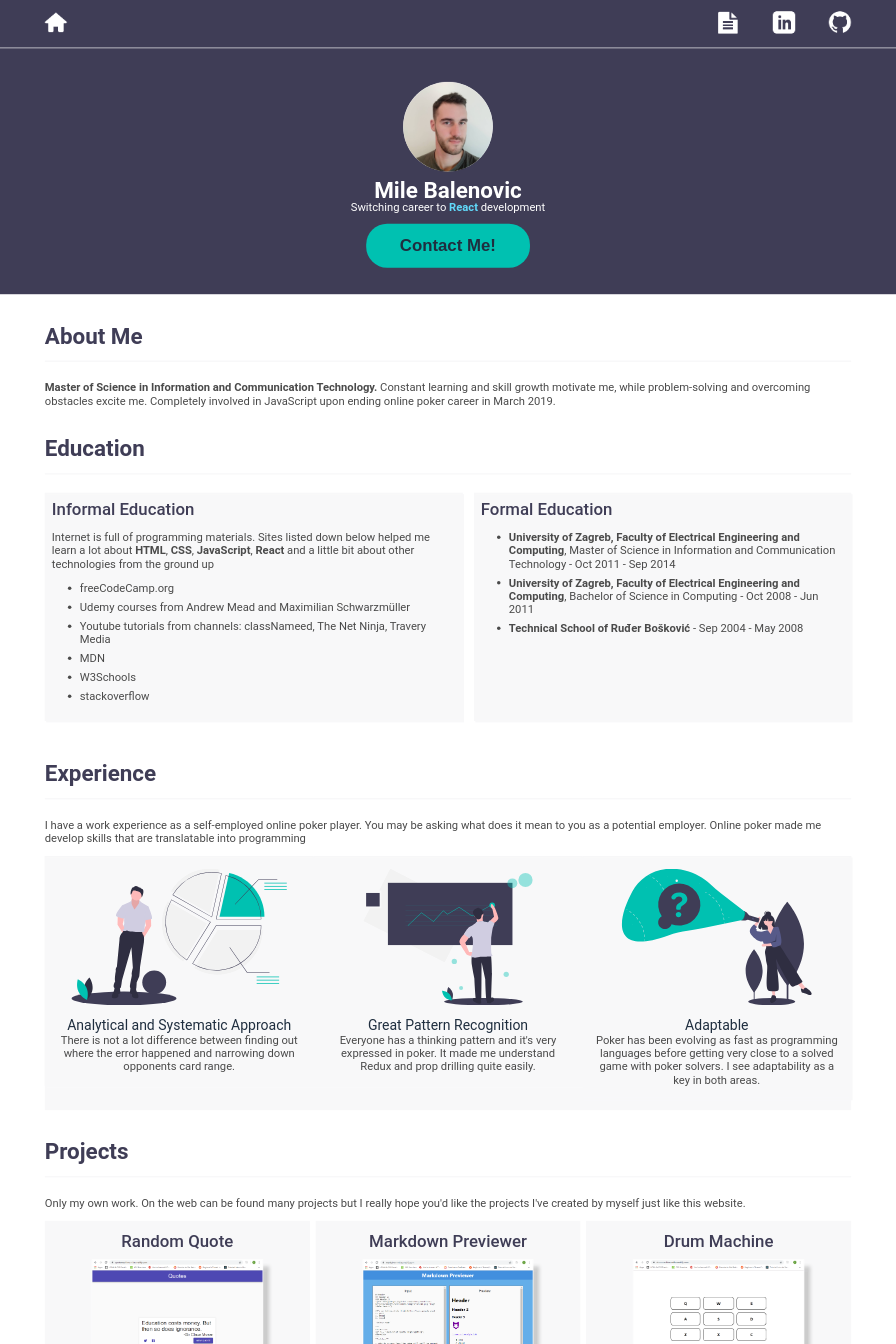
Repository: milac0/my-website
Page: /
An editor plug-in stored every save of this project. The page is shown before and after the next save, followed by the edit.
The browser window is 1280 px wide. The pictures show the part of the page from y = 0 to 1920 px (the page is 2849 px tall), at 70% of full size.
The pointer rests on the first visible `.button-cta`.
The project was rebuilt for these pictures with package versions that can differ from the ones it lists, and the page was loaded fresh each time. Also part of the build but not shown: src/components/formContact.module.css, src/components/FormContact.js, src/pages/contact.module.css, src/pages/Contact.js. Imported but missing from the stored project, and not drawn on this page: src/resume.pdf.

Above is the page before, as saved 2019-10-31 12:57:04.

### public/index.html
<!DOCTYPE html>
<html lang="en">
  <head>
    <meta charset="utf-8" />
    <link rel="icon" href="%PUBLIC_URL%/favicon.ico" />
    <meta name="viewport" content="width=device-width, initial-scale=1" />
    <meta name="theme-color" content="#000000" />
    <meta
      name="description"
      content="Web site created using create-react-app"
    />
    <!--
      manifest.json provides metadata used when your web app is installed on a
      user's mobile device or desktop. See https://developers.google.com/web/fundamentals/web-app-manifest/
    -->
    <link rel="manifest" href="%PUBLIC_URL%/manifest.json" />
    <!--
      Notice the use of %PUBLIC_URL% in the tags above.
      It will be replaced with the URL of the `public` folder during the build.
      Only files inside the `public` folder can be referenced from the HTML.

      Unlike "/favicon.ico" or "favicon.ico", "%PUBLIC_URL%/favicon.ico" will
      work correctly both with client-side routing and a non-root public URL.
      Learn how to configure a non-root public URL by running `npm run build`.
    -->
    <title>Mile Balenovic</title>
  </head>
  <body>
    <noscript>You need to enable JavaScript to run this app.</noscript>
    <div id="root"></div>
    <!--
      This HTML file is a template.
      If you open it directly in the browser, you will see an empty page.

      You can add webfonts, meta tags, or analytics to this file.
      The build step will place the bundled scripts into the <body> tag.

      To begin the development, run `npm start` or `yarn start`.
      To create a production bundle, use `npm run build` or `yarn build`.
    -->
  </body>
</html>

### src/index.css
html, body {
  height: 100%;
}

body {
  margin: 0;
  font-family: 'Roboto', sans-serif;
  -webkit-font-smoothing: antialiased;
  -moz-osx-font-smoothing: grayscale;
}

/*****
  Navbar & Hero
*****/

header,
.hero {
  background:#3F3D56;
  border-bottom: 0.1px solid #ffffff;
  text-align: center;
}

.hero {
  margin-bottom: 2em;
}

.container {
  width: 90%;
  max-width: 1200px;
  margin: 0 auto;
}

nav li {
  list-style: none;
  max-width: 400px;
  margin: 0 auto;
  display: flex;
  justify-content: space-evenly;
  align-items: center;
}

.nav-item:hover {
  filter: invert(0.1);
}
nav ul {
  padding: 0;
}

.hero {
  margin-bottom: 2.5em;
}

.hero-profile {
  padding: 3em 0;
}

.hero-profile-image {
  width: 128px;
  height: 128px;
  background-color: #F8F8F9;
  margin: 0 auto;
  margin-bottom: 0.5em;
  border-radius: 50%;
}

.hero-profile-title,
.hero-profile-subtitle {
  color: #ffffff;
}

.hero-profile h1 {
  margin: 0;
  font-size: 2rem;
}

.hero-profile p {
  font-size: 1rem;
  margin: 0;
  margin-top: -0.25rem;
  margin-bottom: 1.5em;
}

.hero-profile-subtitle strong {
  font-weight: 700;
  color: #61dafb;
}

.button-cta,
.button-home {
  background: #00AEA0;
  color: #1f2e3f;
  padding: 0.75em 2em;
  border: none;
  border-radius: 20px;
  font-size: 1rem;
  font-weight: 700;
  text-decoration: none;
}

.button-cta:hover,
.button-cta:focus {
  background: #00C1B1;
  color: #1f2e3f;
  cursor: pointer;
  transform: scale(1.5);
}

.button-home {
  background: #ffffff;
  border: 2px solid #1f2e3f;
  padding: 0.3em 1em;
}

.button-home:hover,
.button-home:focus {
  border: 2px solid #ffffff;
 filter: invert(0.1);
}

/*****
  Typography
*****/

h1 {
  color: #3F3D56;
}

h2 {
  color: #3F3D56;
  font-size: 1.5rem;
  font-weight: 500;
  margin: 0;
}

p,
ul {
  color: #4a4a4a;
}

.section-skill h2 {
  color: #1F2E3F;
  font-size: 1.25rem;
  font-weight: 400;
  margin: 0;
}

.section-body {
  font-size: 1rem;
  margin-bottom: 1em;
}

#section-cta .section-title,
#section-cta .section-body {
  color: #ffffff;
}

/*****
  Layout
*****/
section {
  margin-bottom: 2.5em;
}

.section-title {
  border-bottom: 2px solid #F8F8F9;
  font-size: 2rem;
  padding-bottom: 0.5em;
}

.article-education,
.section-skill {
  box-shadow: 2px 2px #F8F8F9;
  border: 2px solid #F8F8F9;
  margin-bottom: 1em;
  padding: 0.5em;
}

.article-education li{
  margin-bottom: 0.5em;
}

.section-skill {
  background: #F8F8F9;
  text-align: center;
}

.section-skill p {
  margin: 0;
}

.responsive-container {
    width: 100%;
    padding-bottom: 56.25%; /* 9/16 = aspect ratio of image */
    position: relative;
    margin: 0 auto 1em auto;
}

.section-skill-image,
.project-image {
  height: 100%;
  width: 100%;
  position: absolute;
  left: 0;
  right: 0;
  margin: auto;
}

article {
  background: #F8F8F9;
   padding: 1em;
  margin-bottom: 0.5em;
}

article p {
  margin-top: 1em;
  margin-bottom: 0.5em;
}

article h2 {
  margin-bottom: 0.5em;
}

.projects article {
  text-align: center;
}

.project-image {
  width: 70%;
  top: 0;
  bottom: 0;
  margin: auto;
  cursor: pointer;
  border: 1px solid #fff;
  box-shadow: 10px 10px 5px #ccc;
}

.project-image:hover {
  filter: invert(0.1);
}

#section-cta {
  padding-bottom: 5em;
  background: #3F3D56;
}

#section-cta{
  text-align: center;
  padding: 0.5em;
}

#section-cta .button-cta {
  margin: 1em 0 2em 0;
}

footer {
  background: #F8F8F9;
  padding: 3em 0;
  width: 100%;
  text-align: center;
  flex-shrink: 0;
}

.invalid-feedback {
  color: #D8000C;
  font-size: 0.75rem;
  font-family: 'Roboto', sans-serif;
}

@media (min-width: 752px) {
  nav li {
    max-width: 100%;
    margin: 0 auto;
    display: flex;
    justify-content: flex-end;
    align-items: center;
    position: relative;
  }

  nav ul {
    margin-left: 3em;
  }

  .nav-home-item {
    position: absolute;
    left: 0;
    margin: 0;
  }

  .articles-education {
    display: flex;
    flex-direction: row;
    justify-content: space-between;
  }

  .education-one {
    margin-right: 0.5em;
  }

  .education-two {
    margin-left: 0.5em;
  }

  .section-skills {
    background: #F8F8F9;
    display: flex;
    flex-direction: row;
    align-items: baseline;
  }
  .section-skill {
    flex: 1 1 200px;
    padding: 1em;
  }
  .projects {
    display: grid;
    grid-template-columns: repeat(2, 1fr);
    grid-gap: 0.5em;
   }
   .projects article {
    margin: 0;
}
}

@media (min-width:1040px) {
  .projects {
    grid-template-columns: repeat(3, 1fr);
   }
}

### src/App.js
import React from 'react';
import {
  BrowserRouter as Router,
  Switch,
  Route,
} from "react-router-dom";
import Home from './pages/Home'
import Contact from './pages/Contact';

function App() {
  return (
      <Router>
        <Switch>
        <Route path ="/" exact component={Home} />
        <Route path ="/contact" component={Contact} />
        </Switch>
      </Router>

  );
}

export default App;

### src/pages/Home.js
import React, { Fragment } from "react";
import Navbar from "../components/Navbar";
import Hero from "../components/Hero";
import AboutMe from "../components/AboutMe";
import Education from "../components/Education";
import Experience from "../components/Experience";
import Projects from "../components/Projects";
import SectionCTA from "../components/SectionCTA";
import Footer from "../components/Footer";

const Home = () => {
  return (
    <Fragment>
      <Navbar />
      <Hero />
      <main>
        <div className="container">
          <AboutMe />
          <Education />
          <Experience />
          <Projects />
          <SectionCTA />
        </div>
      </main>
      <Footer />
    </Fragment>
  );
};

export default Home;

### src/components/Navbar.js
import React from "react";
import { Link } from "react-router-dom";

import resumeIcon from "../images/resume.png";
import linkedinIcon from "../images/linkedin.png";
import githubIcon from "../images/github.png";
import homeIcon from "../images/home.png";
import resumePdf from "../resume.pdf";

//mui
import Tooltip from "@material-ui/core/Tooltip";

const Navbar = () => {
  return (
    <header>
      <div className="container">
        <nav>
          <li>
            <ul className="nav-home-item">
              <Tooltip title="Home">
                <Link to="/">
                  <img className="nav-item" src={homeIcon} alt="home" />
                </Link>
              </Tooltip>
            </ul>
            <ul>
              <Tooltip title="Resume">
                <a href={resumePdf} download target="_self">
                  <img className="nav-item" src={resumeIcon} alt="resume" />
                </a>
              </Tooltip>
            </ul>
            <ul>
              <Tooltip title="Linkedin">
                <a
                  href="https://www.linkedin.com/in/mile-balenovi%C4%87-a4ab9188/"
                  target="_blank"
                  rel="noopener noreferrer"
                >
                  <img className="nav-item" src={linkedinIcon} alt="linkedin" />
                </a>
              </Tooltip>
            </ul>
            <ul>
              <Tooltip title="Github">
                <a
                  href="https://github.com/milac0"
                  target="_blank"
                  rel="noopener noreferrer"
                >
                  <img className="nav-item" src={githubIcon} alt="github" />
                </a>
              </Tooltip>
            </ul>
          </li>
        </nav>
      </div>
    </header>
  );
};

export default Navbar;

### src/components/Hero.js
import React from "react";
import { Link } from "react-router-dom";
import profileImg from "../images/profile.png";

const Hero = () => {
  return (
    <div className="hero">
      <div className="container">
        <div className="hero-profile">
          <div className="hero-profile-image">
            <img src={profileImg} alt="profile" />
          </div>
          <h1 className="hero-profile-title">Mile Balenovic</h1>
          <p className="hero-profile-subtitle">
            Switching career to <strong>React</strong> development
          </p>
          <Link to="/contact">
            <button className="button-cta">Contact Me!</button>
          </Link>
        </div>
      </div>
    </div>
  );
};

export default Hero;

### src/components/AboutMe.js
import React from "react";

const AboutMe = () => {
  return (
    <section>
      <h1 className="section-title">About Me</h1>
      <p className="section-body">
        <strong>
          Master of Science in Information and Communication Technology.
        </strong>{" "}
        Constant learning and skill growth motivate me, while problem-solving
         and overcoming obstacles excite me. Completely involved
        in JavaScript upon ending online poker career in March 2019.
      </p>
    </section>
  );
};

export default AboutMe;

### src/components/Education.js
import React from "react";

const Education = () => {
  return (
    <section>
      <h1 className="section-title">Education</h1>
      <div className="articles-education">
      <article className="article-education education-one">
        <h2>Informal Education</h2>
        <p>
          Internet is full of programming materials. Sites listed down below
          helped me learn a lot about
          <strong> HTML</strong>, <strong>CSS</strong>,{" "}
          <strong>JavaScript</strong>,<strong> React</strong> and a little bit
          about other technologies from the ground up
        </p>
        <ul>
          <li>freeCodeCamp.org</li>
          <li>Udemy courses from Andrew Mead and Maximilian Schwarzmüller</li>
          <li>
            Youtube tutorials from channels: classNameed, The Net Ninja, Travery
            Media{" "}
          </li>
          <li>MDN</li>
          <li>W3Schools</li>
          <li>stackoverflow</li>
        </ul>
      </article>
      <article className="article-education education-two">
        <h2>Formal Education</h2>
        <ul>
          <li>
            <strong>
              University of Zagreb, Faculty of Electrical Engineering and
              Computing
            </strong>
            , Master of Science in Information and Communication Technology -
            Oct 2011 - Sep 2014
          </li>
          <li>
            <strong>
              University of Zagreb, Faculty of Electrical Engineering and
              Computing
            </strong>
            , Bachelor of Science in Computing - Oct 2008 - Jun 2011
          </li>
          <li>
            <strong>Technical School of Ruđer Bošković</strong> - Sep 2004 - May
            2008
          </li>
        </ul>
      </article>
      </div>
    </section>
  );
};

export default Education;

### src/components/Experience.js
import React from "react";
import analyticalImg from "../images/analytical.svg";
import patternImg from "../images/pattern.svg";
import adaptableImg from "../images/adaptable.svg";
import Skill from "./Skill";

const Experience = () => {
  return (
    <section>
      <h1 className="section-title">Experience</h1>
      <p className="section-body">
        I have a work experience as a self-employed online poker player. You may
        be asking what does it mean to you as a potential employer. Online poker
        made me develop skills that are translatable into programming
      </p>
      <div className="section-skills">
        <Skill
          title="Analytical and Systematic Approach"
          body="There is not a lot difference between finding out where the error
            happened and narrowing down opponents card range."
          src={analyticalImg}
          alt="analytical"
        />
        <Skill
          title="Great Pattern Recognition"
          body="Everyone has a thinking pattern and it's very expressed in poker. It
            made me understand Redux and prop drilling quite easily."
          src={patternImg}
          alt="pattern"
        />
        <Skill
          title="Adaptable"
          body="Poker has been evolving as fast as programming languages before
            getting very close to a solved game with poker solvers. I see
            adaptability as a key in both areas."
          src={adaptableImg}
          alt="adaptable"
        />
      </div>
    </section>
  );
};

export default Experience;

### src/components/Projects.js
import React from "react";
import LazyLoad from "react-lazyload";
import Project from "./Project";
import quoteImg from "../images/quote.PNG";
import markdownImg from "../images/markdown.PNG";
import pomodoroImg from "../images/pomodoro.PNG";
import drumImg from "../images/drum.PNG";
import thissiteImg from "../images/thissite.PNG";

const Projects = () => {
  return (
    <section>
      <h1 className="section-title">Projects</h1>
      <p className="section-body">
        Only my own work. On the web can be found many projects but I really
        hope you'd like the projects I've created by myself just like this
        website.
      </p>
      <div className="projects">
        <Project
          title="Random Quote"
          href="https://quotemachine-milac.netlify.com/"
          src={quoteImg}
          alt="quote-machine"
          body="Hooks, Axios, Material-UI, Lodash, Skeleton"
        />
        <Project
          title="Markdown Previewer"
          href="https://markdown-milac.netlify.com/"
          src={markdownImg}
          alt="markdown-previewer"
          body="dangerouslySetInnerHTML, markdown parser"
        />
        <Project
          title="Drum Machine"
          href="https://drummachine-milac.netlify.com/"
          src={drumImg}
          alt="drum-machine"
          body="createRef"
        />
        <Project
          title="Pomodoro Clock"
          href="https://pomodoro-clo.netlify.com/"
          src={pomodoroImg}
          alt="pomodoro clock"
          body="FortAwesome, Moment, Lodash"
        />
        <Project
          href="https://mile-balenovic.com/"
          title="This website"
          src={thissiteImg}
          alt="this website"
          body="Formik, LazyLoad, EmailJS, CSS Modules"
        />
      </div>
    </section>
  );
};

export default Projects;

### src/components/SectionCTA.js
import React from "react";
import { Link } from "react-router-dom";

const SectionCTA = () => {
  return (
    <section id="section-cta">
      <h1 className="section-title">Like what you've read?</h1>
      <p className="section-body">
        I have plenty more to learn, and, as a part of your team, I believe I can
        accelerate my learning and start contributing to your company in a fruitful way.
      </p>
      <Link to="/contact">
        <button className="button-cta">Contact Me!</button>
      </Link>
    </section>
  );
};

export default SectionCTA;

### src/components/Footer.js
import React from "react";

const Footer = () => {
  return (
    <footer>
      <p> Copyright 2019</p>
    </footer>
  );
};

export default Footer;

### src/components/Skill.js
import React from "react";
import LazyLoad from "react-lazyload";

const Skill = ({ title, body, src, alt }) => {
  return (
    <div className="section-skill">
      <div className="section-skill-image-container">
        <div className="responsive-container">
          <LazyLoad>
            <img
              className="section-skill-image"
              src={src}
              alt={alt}
            />
          </LazyLoad>
        </div>
      </div>
      <h2>{title}</h2>
      <p>{body}</p>
    </div>
  );
};

export default Skill;

### src/components/Project.js
import React from 'react';
import LazyLoad from 'react-lazyload'

const Project = ({ title, body, src, alt, href}) => {
    return (
        <article>
          <h2>{title}</h2>
          <a
            href={href}
            target="_blank"
            rel="noopener noreferrer"
          >
            <div className="responsive-container">
              <LazyLoad>
                <img
                  className="project-image"
                  src={src}
                  alt={alt}
                />
              </LazyLoad>
            </div>
          </a>
          <p>{body}</p>
        </article>
    );
};

export default Project;

Loaded but not shown: src/index.js (common file); public/manifest.json (common file)

After the next save:
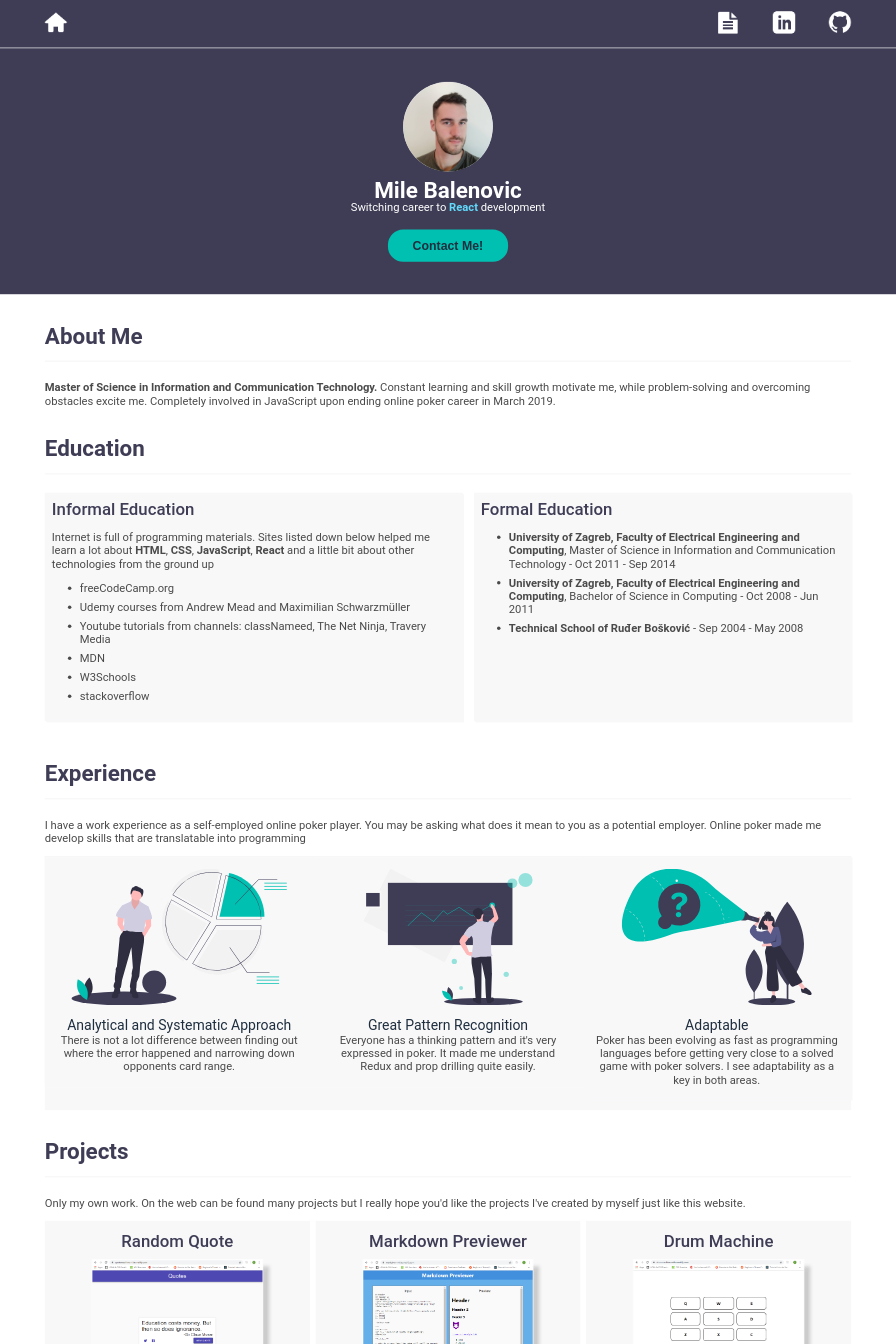
Saved 9 s later.
--- a/src/index.css
+++ b/src/index.css
@@ -102,7 +102,7 @@ nav ul {
   background: #00C1B1;
   color: #1f2e3f;
   cursor: pointer;
-  transform: scale(1.5);
+  transform: scale(1.1);
 }
 
 .button-home {
